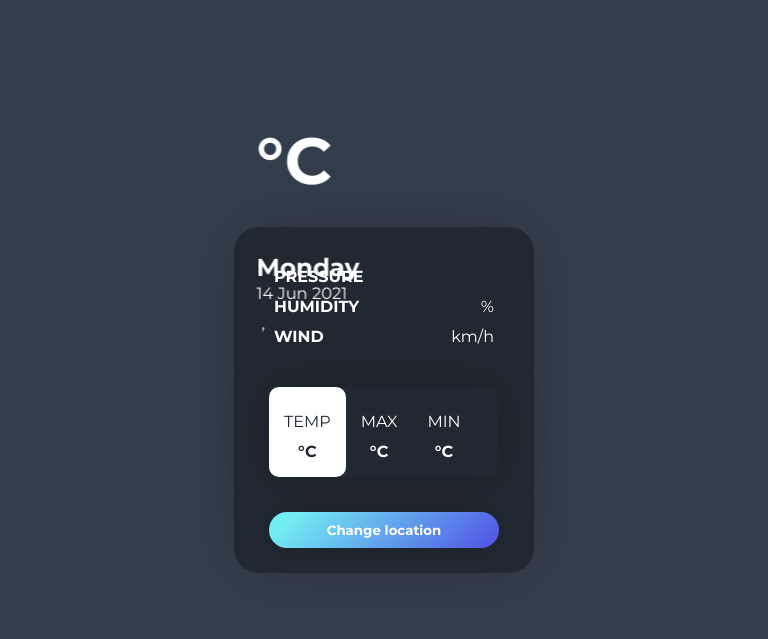
Repository: ahmedhamed15/React-Weather-App
Page: /
These files come from the project's save history. The page is drawn as it stood at one moment and after the next save; the edit follows.
The browser window is 768 px wide. The pictures show the whole page.
Pictures or frames that could not be fetched are drawn as grey boxes. The page's requests for data from a server got no answer. The project was rebuilt for these pictures with package versions that can differ from the ones it lists, and the page was loaded fresh each time. No one was signed in, and anything a server would have sent is missing. Also part of the build but not shown: src/components/Form/style.scss.

Above is the page before, as saved 2021-07-30 02:40:15.

### public/index.html
<!DOCTYPE html>
<html lang="en">
  <head>
    <meta charset="utf-8" />
    <link rel="icon" href="%PUBLIC_URL%/favicon.ico" />
    <meta name="viewport" content="width=device-width, initial-scale=1" />
    <meta name="theme-color" content="#000000" />
    <meta
      name="description"
      content="Web site created using create-react-app"
    />
    <link rel="apple-touch-icon" href="%PUBLIC_URL%/logo192.png" />
    <link rel="manifest" href="%PUBLIC_URL%/manifest.json" />
    <title>Weather App</title>

  </head>
  <body>
    <noscript>You need to enable JavaScript to run this app.</noscript>
    <div id="root"></div>
  </body>
</html>

### src/index.js
import React from 'react';
import ReactDOM from 'react-dom';
import './index.scss';
import App from './App';

ReactDOM.render(<App />,document.getElementById('root'));

### src/index.scss
@import url('https://fonts.googleapis.com/css?family=Montserrat:400,700,900&display=swap');

:root {
	--gradient: linear-gradient( 135deg, #72EDF2 10%, #5151E5 100%);
}

* {
	-webkit-box-sizing: border-box;
	        box-sizing: border-box;
	line-height: 1.25em;
}

.clear {
	clear: both;
}

body {
	margin: 0;
	width: 100%;
	height: 100vh;
	font-family: 'Montserrat', sans-serif;
	background-color: #343d4b;
	display: -webkit-box;
	display: -ms-flexbox;
	display: flex;
	-webkit-box-align: center;
	    -ms-flex-align: center;
	        align-items: center;
	-webkit-box-pack: center;
	    -ms-flex-pack: center;
	        justify-content: center;
}

.container {
	border-radius: 25px;
	-webkit-box-shadow: 0 0 70px -10px rgba(0, 0, 0, 0.2);
	        box-shadow: 0 0 70px -10px rgba(0, 0, 0, 0.2);
	background-color: #222831;
	color: #ffffff;
	height: 400px;
	@media (max-width: 768px) {
		display: flex;
		flex-direction: column;
		height: auto;
	}
}

.hidden {
	display: none;
}

### src/App.js
import WeatherView from './components/weatherView';
import WeatherInfo from './components/weatherInfo';
import React, { Component } from 'react';
import axios from 'axios';

class App extends Component {

  state = {
    temp: '',
    city: '',
    country: '',
    humidity: '',
    wind: '',
    pressure: '',
    temp_min: '',
    temp_max: '',
    desc: '',
    data: [],
    cities: [],
    IsCountrySelected: false,
    IsCitySelected: false
  }


  async componentDidMount() {
      const allData = await axios('https://countriesnow.space/api/v0.1/countries');
      const { data } = await axios(`http://api.openweathermap.org/data/2.5/weather?q=cairo,egypt&appid=e36ed364400282e43250b6c4c0274d44`);
      this.setState({
        data: allData.data.data,
        temp: Math.floor(data.main.temp),
        city: data.name,
        country: data.sys.country,
        humidity: data.main.humidity,
        desc: data.weather[0].description,
        wind: data.wind.speed,
        pressure: data.main.pressure,
        temp_max: Math.floor(data.main.temp_max),
        temp_min: Math.floor(data.main.temp_min),
      })
  }

  changeCity = (e) => {
      if (e.target.value !== "no-country") {
          const curData = [...this.state.data],
                { cities } = curData.find( el => el.country === e.target.value);
          this.setState({
              cities,
              IsCountrySelected: true
          });
      } else {
          this.setState({
              cities: [],
              IsCountrySelected: false
          });
      }
  }
  checkCityIsSelected = (e) => {
      if (e.target.value !== "no-city") {
          this.setState({
              IsCitySelected: true
          });
      } else {
          this.setState({
              IsCitySelected: false
          });
      }
  }
  submitHandle = async (e) => {
      e.preventDefault();
      const { data } = await axios(`http://api.openweathermap.org/data/2.5/weather?q=${e.target.city.value},${e.target.country.value}&appid=e36ed364400282e43250b6c4c0274d44`);
      this.setState({
        temp: Math.floor(data.main.temp),
        city: data.name,
        country: data.sys.country,
        humidity: data.main.humidity,
        desc: data.weather[0].description,
        wind: data.wind.speed,
        pressure: data.main.pressure,
        temp_max: Math.floor(data.main.temp_max),
        temp_min: Math.floor(data.main.temp_min),
      })
  }

  render() {
    return (
      <div className="App">
        <div className="container">
            <WeatherView
              temp={this.state.temp}
              city={this.state.city}
              country={this.state.country}
              desc={this.state.desc}
            />
            <WeatherInfo
              submitHandle={this.submitHandle}
              checkCityIsSelected={this.checkCityIsSelected}
              changeCity={this.changeCity}
              temp={this.state.temp}
              city={this.state.city}
              country={this.state.country}
              humidity={this.state.humidity}
              wind={this.state.wind}
              pressure={this.state.pressure}
              temp_min={this.state.temp_min}
              temp_max={this.state.temp_max}
              desc={this.state.desc}
              data={this.state.data}
              cities={this.state.cities}
              IsCountrySelected={this.state.IsCountrySelected}
              IsCitySelected={this.state.IsCitySelected}
            />
        </div>
      </div>
    );
  }
}

export default App;

### src/components/weatherView/index.js
import React, { useState, useEffect } from "react";
import "./style.scss";

const Index = (props) => {

  // Start :: Date
  function join(t, a, s) {
      function format(m) {
        let f = new Intl.DateTimeFormat('en', m);
        return f.format(t);
      }
      return a.map(format).join(s);
  }

  let a = [{day: 'numeric'}, {month: 'short'}, {year: 'numeric'}];
  let curDate = new Date;
  let finalDate = join(curDate, a, ' ');
  let curDay = curDate.getDay();

  // Get Day
  const [curDayAsString, setCurDayAsString] = useState('')

  useEffect(() => {
    switch (curDay) {
      case 0:
        return setCurDayAsString("Sunday");
      case 1:
        return setCurDayAsString("Monday");
      case 2:
        return setCurDayAsString("Tuesday");
      case 3:
        return setCurDayAsString("Wednesday");
      case 4:
        return setCurDayAsString("Thursday");
      case 5:
        return setCurDayAsString("Friday");
      case 6:
        return setCurDayAsString("Saturday");
      default:
        return setCurDayAsString("---");
    }
  }, [])
 // END :: Date

  return (
      <div className="weather-side">
          <div className="weather-gradient"></div>
          <div className="date-container">
            <h2 className="date-dayname">{curDayAsString}</h2><span className="date-day">{ finalDate }</span><i className="location-icon"></i><span className="location">{props.city}, {props.country}</span>
          </div>
          <div className="weather-container"><i className="weather-icon"></i>
            <h1 className="weather-temp">{props.temp}°C</h1>
            <h3 className="weather-desc">{props.desc}</h3>
          </div>
      </div>
  )
}

export default Index

### src/components/weatherInfo/index.js
import React, { useState } from 'react';
import Form from '../Form';
import './style.scss';
const Index = (props) => {

    const [popupState, setPopupState] = useState(false);

    // Change popup state
    const changePopUpState = () => {
        setPopupState(!popupState);
    }

    return (
        <div className="info-side">
            <div className="today-info-container">
                <div className="today-info">
                    <div className="precipitation"> <span className="title">PRESSURE</span><span className="value">{props.pressure}</span>
                        <div className="clear"></div>
                    </div>
                    <div className="humidity"> <span className="title">HUMIDITY</span><span className="value">{props.humidity} %</span>
                        <div className="clear"></div>
                    </div>
                    <div className="wind"> <span className="title">WIND</span><span className="value">{props.wind} km/h</span>
                        <div className="clear"></div>
                    </div>
                </div>
            </div>
            <div className="week-container">
                <ul className="week-list">
                    <li className="active"><span className="day-name">TEMP</span><span className="day-temp">{props.temp} °C</span></li>
                    <li><span className="day-name">MAX</span><span className="day-temp">{props.temp_max}°C</span></li>
                    <li><span className="day-name">MIN</span><span className="day-temp">{props.temp_min}°C</span></li>
                    <div className="clear"></div>
                </ul>
            </div>
            <div className="location-container">
                <button className="location-button" onClick={changePopUpState}><span>Change location</span></button>
            </div>

            {/* POPUP FORM */}
            <Form
                popupState={popupState}
                changePopUpState={changePopUpState}
                submitHandle={props.submitHandle}
                checkCityIsSelected={props.checkCityIsSelected}
                changeCity={props.changeCity}
                temp={props.temp}
                city={props.city}
                country={props.country}
                humidity={props.humidity}
                desc={props.desc}
                data={props.data}
                cities={props.cities}
                IsCountrySelected={props.IsCountrySelected}
                IsCitySelected={props.IsCitySelected}
            />

        </div>
    )
}

export default Index

### src/components/weatherView/style.scss
.weather-side {
	position: relative;
	height: 100%;
	border-radius: 25px;
	background-image: url("https://images.unsplash.com/photo-1559963110-71b394e7494d?ixlib=rb-1.2.1&ixid=eyJhcHBfaWQiOjEyMDd9&auto=format&fit=crop&w=675&q=80");
	width: 300px;
	-webkit-box-shadow: 0 0 20px -10px rgba(0, 0, 0, 0.2);
	        box-shadow: 0 0 20px -10px rgba(0, 0, 0, 0.2);
	-webkit-transition: -webkit-transform 300ms ease;
	transition: -webkit-transform 300ms ease;
	-o-transition: transform 300ms ease;
	transition: transform 300ms ease;
	transition: transform 300ms ease, -webkit-transform 300ms ease;
	-webkit-transform: translateZ(0) scale(1.02) perspective(1000px);
	        transform: translateZ(0) scale(1.02) perspective(1000px);
	float: left;
}

.weather-side:hover {
	-webkit-transform: scale(1.1) perspective(1500px) rotateY(10deg);
	        transform: scale(1.1) perspective(1500px) rotateY(10deg);
}

.weather-gradient {
	position: absolute;
	width: 100%;
	height: 100%;
	top: 0;
	left: 0;
	background-image: var(--gradient);
	border-radius: 25px;
	opacity: 0.8;
}

.date-container {
	position: absolute;
	top: 25px;
	left: 25px;
}

.date-dayname {
	margin: 0;
}

.date-day {
	display: block;
}

.location {
	display: inline-block;
	margin-top: 10px;
}

.location-icon {
	display: inline-block;
	height: 0.8em;
	width: auto;
	margin-right: 5px;
}

.weather-container {
	position: absolute;
	bottom: 25px;
	left: 25px;
}

.weather-icon.feather {
	height: 60px;
	width: auto;
}

.weather-temp {
	margin: 0;
	font-weight: 700;
	font-size: 4em;
}

.weather-desc {
	margin: 0;
}

### src/components/Form/index.js
import './style.scss';
const Index = (props) => {

    return (
        <div className={ !props.popupState ? 'hidden' : 'form-popup' } >
            <span onClick={props.changePopUpState}> &times; </span>
            <form onSubmit={props.submitHandle}>
                <div className="form-group countries-group">
                    <label> Select the country... </label>
                    <select name="country" onChange={props.changeCity}>
                        <option value="no-country"> Please choose a country... </option>
                        { props.data.map( (el, ix) => <option key={ix} value={el.country}> {el.country} </option> ) }
                    </select>
                </div>
                { props.IsCountrySelected && (
                    <div className="form-group cities-group">
                        <label> Select the city... </label>
                        <select name="city" onChange={props.checkCityIsSelected}>
                            <option value="no-city"> Please choose a city... </option>
                            { props.cities.map( (el, ix) => <option key={ix} value={el}> {el} </option> ) }
                        </select>
                    </div>
                ) }
                { props.IsCitySelected && props.IsCitySelected && (
                    <div className="form-group submit-group">
                        <button type="submit" onClick={props.changePopUpState}> Get Weather </button>
                    </div>
                ) }
            </form>
        </div>
    )
}

export default Index

### src/components/weatherInfo/style.scss
.info-side {
	position: relative;
	float: left;
	height: 100%;
	padding-top: 25px;
}

.today-info {
	padding: 15px;
	margin: 0 25px 25px 25px;
/* 	box-shadow: 0 0 50px -5px rgba(0, 0, 0, 0.25); */
	border-radius: 10px;
}

.today-info>div:not(:last-child) {
	margin: 0 0 10px 0;
}

.today-info>div .title {
	float: left;
	font-weight: 700;
}

.today-info>div .value {
	float: right;
}

.week-list {
	list-style-type: none;
	padding: 0;
	margin: 10px 35px;
	-webkit-box-shadow: 0 0 50px -5px rgba(0, 0, 0, 0.25);
	        box-shadow: 0 0 50px -5px rgba(0, 0, 0, 0.25);
	border-radius: 10px;
}

.week-list>li {
	float: left;
	padding: 15px;
	cursor: pointer;
	-webkit-transition: 200ms ease;
	-o-transition: 200ms ease;
	transition: 200ms ease;
	border-radius: 10px;
}

.week-list>li:hover {
	-webkit-transform: scale(1.1);
	    -ms-transform: scale(1.1);
	        transform: scale(1.1);
	background: #fff;
	color: #222831;
	-webkit-box-shadow: 0 0 40px -5px rgba(0, 0, 0, 0.2);
	        box-shadow: 0 0 40px -5px rgba(0, 0, 0, 0.2)
}

.week-list>li.active {
	background: #fff;
	color: #222831;
	border-radius: 10px;
}

.week-list>li .day-name {
	display: block;
	margin: 10px 0 0 0;
	text-align: center;
}

.week-list>li .day-icon {
	display: block;
	height: 30px;
	width: auto;
	margin: 0 auto;
}

.week-list>li .day-temp {
	display: block;
	text-align: center;
	margin: 10px 0 0 0;
	font-weight: 700;
}

.location-container {
	padding: 25px 35px;
}

.location-button {
	outline: none;
	width: 100%;
	-webkit-box-sizing: border-box;
	        box-sizing: border-box;
	border: none;
	border-radius: 25px;
	padding: 10px;
	font-family: 'Montserrat', sans-serif;
	background-image: var(--gradient);
	color: #ffffff;
	font-weight: 700;
	-webkit-box-shadow: 0 0 30px -5px rgba(0, 0, 0, 0.25);
	        box-shadow: 0 0 30px -5px rgba(0, 0, 0, 0.25);
	cursor: pointer;
	-webkit-transition: -webkit-transform 200ms ease;
	transition: -webkit-transform 200ms ease;
	-o-transition: transform 200ms ease;
	transition: transform 200ms ease;
	transition: transform 200ms ease, -webkit-transform 200ms ease;
}

.location-button:hover {
	-webkit-transform: scale(0.95);
	    -ms-transform: scale(0.95);
	        transform: scale(0.95);
}

.location-button .feather {
	height: 1em;
	width: auto;
	margin-right: 5px;
}

After the next save:
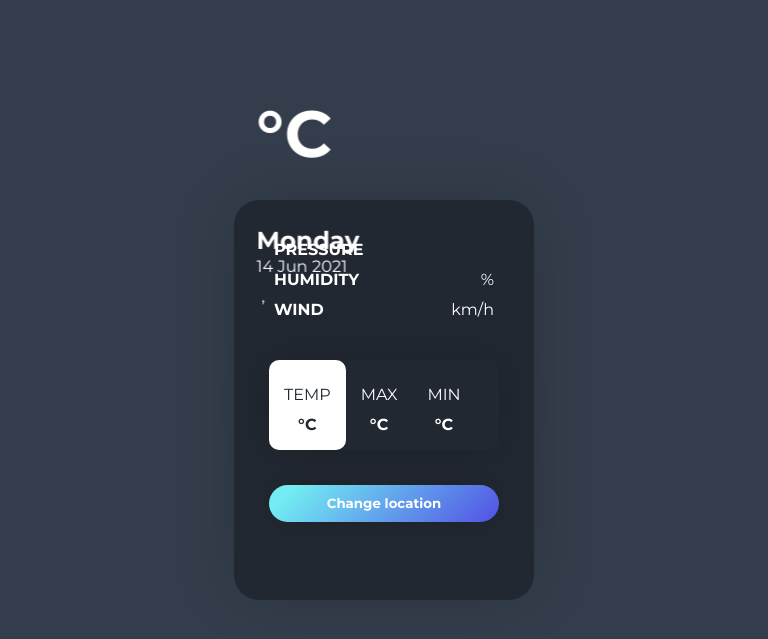
Saved 23 s later.
--- a/src/components/weatherInfo/style.scss
+++ b/src/components/weatherInfo/style.scss
@@ -3,6 +3,9 @@
 	float: left;
 	height: 100%;
 	padding-top: 25px;
+	@media (max-width: 768px) {
+		height: 400px;
+	}
 }
 
 .today-info {
